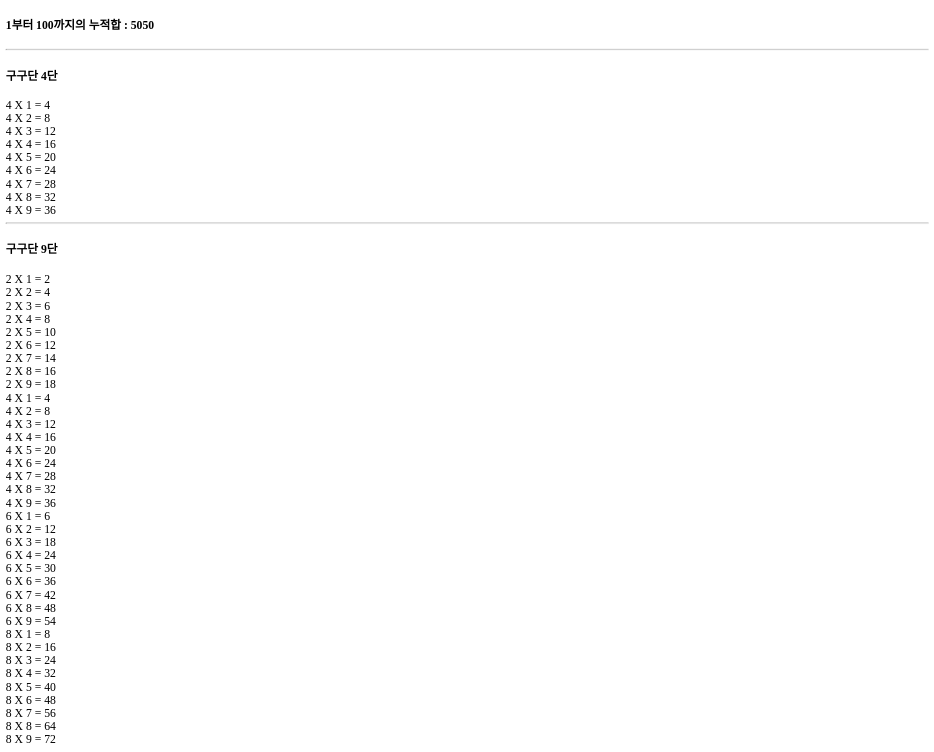
Repository: kitae1995/jsp-pratice
Page: http://localhost/JspBasic/JSTL/jstl_foreach.jsp
These files come from the project's save history. The page is drawn as it stood at one moment and after the next save; the edit follows.
The browser window is 1280 px wide. The pictures show the whole page, at 73% of full size.
The page is served by Tomcat 9. Other server files are loaded and not shown.

Above is the page before, as saved 2023-09-12 05:56:58.

### JspBasic/src/main/webapp/JSTL/jstl_foreach.jsp
<%@ page language="java" contentType="text/html; charset=UTF-8"
    pageEncoding="UTF-8"%>
<%@ taglib uri="http://java.sun.com/jsp/jstl/core" prefix="c" %>

<!DOCTYPE html>
<html>
<head>
<meta charset="UTF-8">
<title>Insert title here</title>
</head>
<body>

	<%--<%
		int total = 0;
		for(int i=1; i<=100; i++){
			total += i;
		}


	<h4>1부터 100까지의 누적 합계 : <%=total %>입니다.</h4>--%>
	<%--기존 jsp로 for문 구현 --%>

	<%---------------------------------------------------------------------------------------------%>


	<c:set var="total" value="0"/>
	<c:forEach var="i" begin="1" end="100" step="1"> 	<!--  for문과 매우 유사함 -->
		<c:set var="total" value="${total + i }"/> <!--  total을 두번선언하는게 아는 기존의 total을 선언하기 위해 중복해서 쓴거임 -->
	</c:forEach>

	<h4>1부터 100까지의 누적합 : ${total }</h4>
	<%--
        <c:set> 태그는 변수의 생성과 동시에, 이미 동일한 이름의 데이터가 존재한다면
        기존의 데이터를 지목해서 값을 변경할 때도 사용합니다.
        마치 setAttribute()에서 이미 존재하는 이름을 지목하여 값을 변경하는 것처럼.
     --%>

     <hr>

     <h4>구구단 4단</h4>

     <c:forEach var="hang" begin="1" end="9"> <!-- step은 생략하면 1로 처리됨 , for문은 거의 1씩 늘어나니까 -->
     	4 X ${hang} = ${4*hang} <br>
     </c:forEach>

     <hr>

     <%-- 구구단을 2~9단까지 출력하는데, 짝수단만 출력해보세요 ,jstl el 사용 --%>
     <h4>구구단 9단</h4>
     <c:forEach var="dan" begin="2" end="9" step="2">
     	<c:forEach var="ban" begin="1" end="9">
     		${dan} X ${ban } = ${dan*ban}<br>
     	</c:forEach>
     </c:forEach>

</body>
</html>

After the next save:
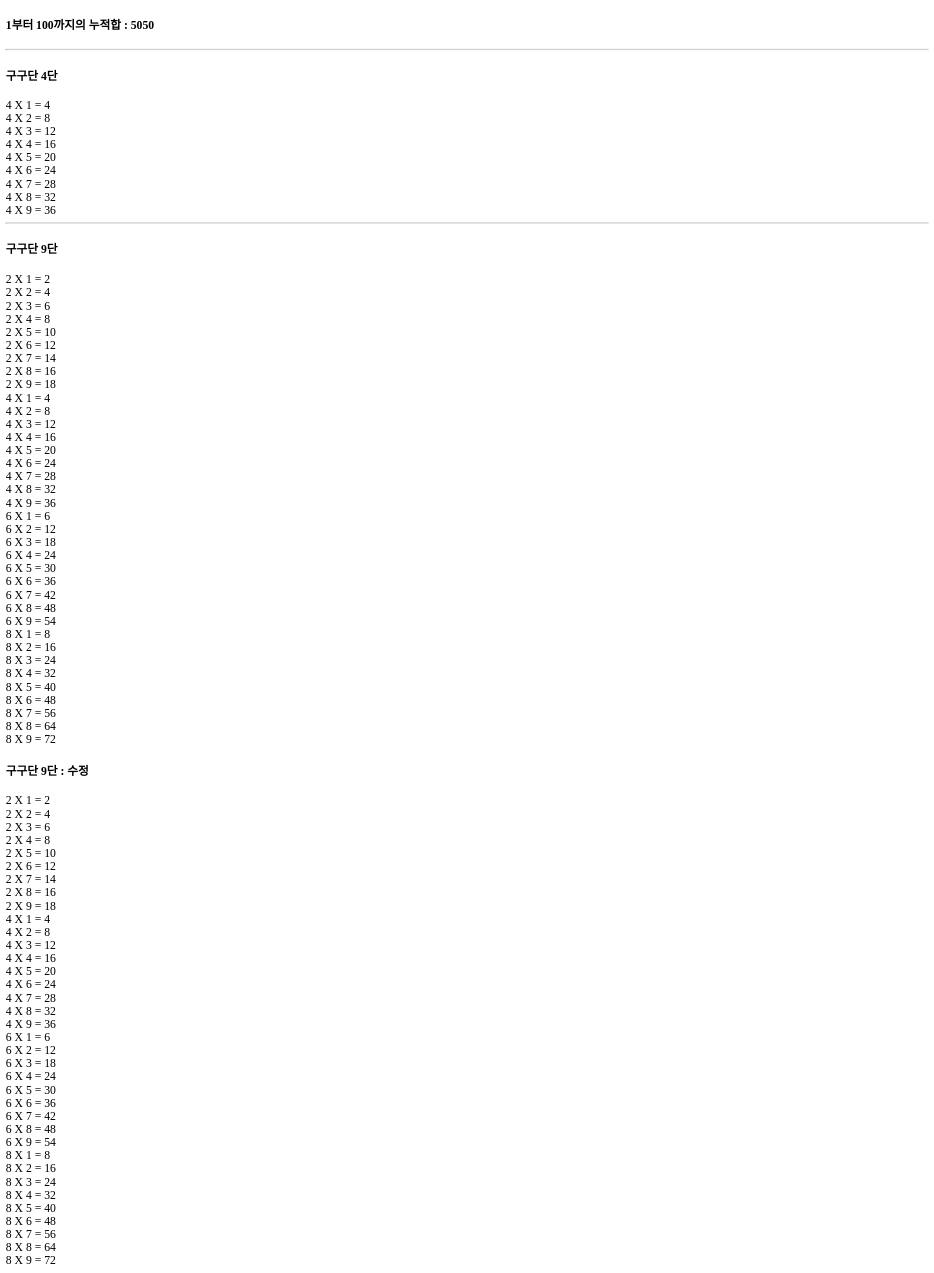
Saved 7 min 44 s later.
--- a/JspBasic/src/main/webapp/JSTL/jstl_foreach.jsp
+++ b/JspBasic/src/main/webapp/JSTL/jstl_foreach.jsp
@@ -53,5 +53,14 @@
      	</c:forEach>
      </c:forEach>
 
+      <h4>구구단 9단 : 수정 </h4>
+     <c:forEach var="dan" begin="2" end="9">
+     	<c:if test="${dan % 2 ==0 }">
+     	<c:forEach var="ban" begin="1" end="9">
+     		${dan} X ${ban } = ${dan*ban}<br>
+     	</c:forEach>
+     	</c:if>
+     </c:forEach>
+
 </body>
 </html>
